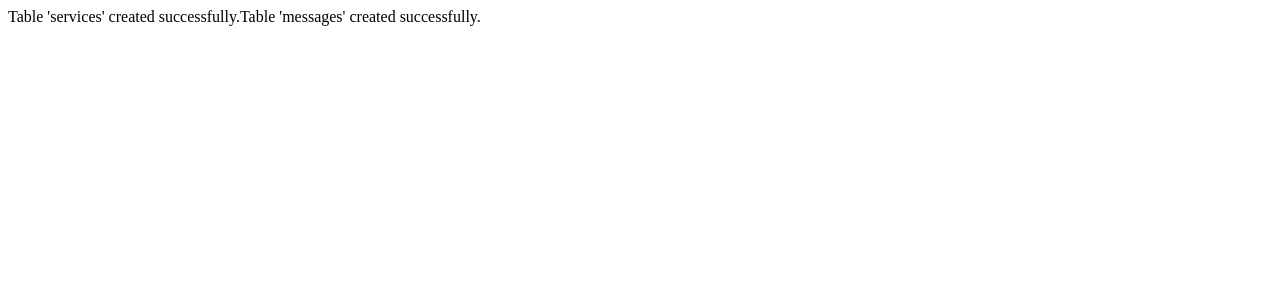
Repository: NurlanMehdi/telegram_booknetic_bot
Page: http://localhost/telegramBotForBooknetic/database/migration/create_services_table.php
These files come from the project's save history. The page is drawn as it stood at one moment and after the next save; the edit follows.
The browser window is 1280 px wide. The pictures show the whole page.
The page is run by PHP 8.4 with error messages shown; the project is at /var/www/html/.

Above is the page before, as saved 2024-04-08 14:27:13.

### database/migration/create_services_table.php
<?php

require_once __DIR__ . '../../../config/database.php'; // Adjust the path to your database.php file

try {
    $db = new Database(); // Create a new Database instance
    $conn = $db->getConnection(); // Get the PDO connection from Database instance

    // Query to check if the 'services' table exists
    $tableName = 'services';
    $sql = "SHOW TABLES LIKE '$tableName'";
    $stmt = $conn->prepare($sql);
    $stmt->execute();
    $tableExists = $stmt->rowCount() > 0;

    if (!$tableExists) {
        // Table does not exist, create it
        $createTableSql = "CREATE TABLE $tableName (
            id INT(11) AUTO_INCREMENT PRIMARY KEY,
            title VARCHAR(255) NOT NULL,
            price DECIMAL(10, 2) NOT NULL,
            created_at TIMESTAMP DEFAULT CURRENT_TIMESTAMP,
            updated_at TIMESTAMP DEFAULT CURRENT_TIMESTAMP ON UPDATE CURRENT_TIMESTAMP
        )";

        $createStmt = $conn->prepare($createTableSql);
        $createStmt->execute();

        echo "Table 'services' created successfully.";
    } else {
        echo "Table 'services' already exists.";
    }

    $tableName = 'messages';
    $sql = "SHOW TABLES LIKE '$tableName'";
    $stmt = $conn->prepare($sql);
    $stmt->execute();
    $tableExists = $stmt->rowCount() > 0;

    if (!$tableExists) {
        // Table does not exist, create it
        $createTableSql = "CREATE TABLE messages (
            id INT(11) AUTO_INCREMENT PRIMARY KEY,
            chat_id BIGINT NOT NULL,
            update_id BIGINT NOT NULL,
            message_id INT(11) NOT NULL,
            message TEXT NOT NULL,
            username VARCHAR(255)
        )";
        $createStmt = $conn->prepare($createTableSql);
        $createStmt->execute();

        echo "Table 'messages' created successfully.";
    } else {
        echo "Table 'messages' already exists.";
    }
} catch (PDOException $e) {
    die("Error creating/checking table: " . $e->getMessage());
}
?>

### config/database.php
<?php

class Database
{
    private $servername = "localhost";
    private $username = "root";
    private $password = "";
    private $dbname = "booknetic_bot";
    private $conn;

    public function __construct()
    {
        try {
            $this->conn = new PDO(
                "mysql:host={$this->servername};dbname={$this->dbname}",
                $this->username,
                $this->password
            );

            $this->conn->setAttribute(PDO::ATTR_ERRMODE, PDO::ERRMODE_EXCEPTION);
            $this->conn->exec("SET NAMES utf8");
        } catch (PDOException $e) {
            die("Connection Error: " . $e->getMessage());
        }
    }

    public function getConnection()
    {
        return $this->conn;
    }

    // Diğer veritabanı işlemleri için gerekli metotları ekleyebilirsiniz
}

After the next save:
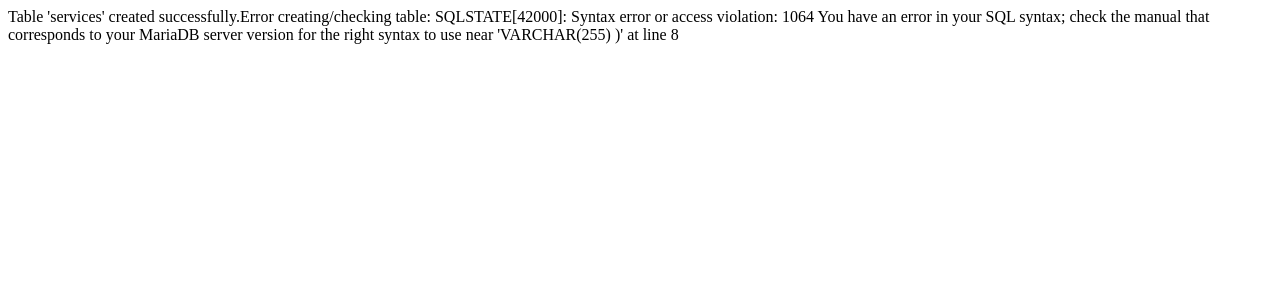
Saved 2 min 34 s later.
--- a/database/migration/create_services_table.php
+++ b/database/migration/create_services_table.php
@@ -45,6 +45,7 @@
             update_id BIGINT NOT NULL,
             message_id INT(11) NOT NULL,
             message TEXT NOT NULL,
+            message_key TEXT
             username VARCHAR(255)
         )";
         $createStmt = $conn->prepare($createTableSql);

After the save that followed:
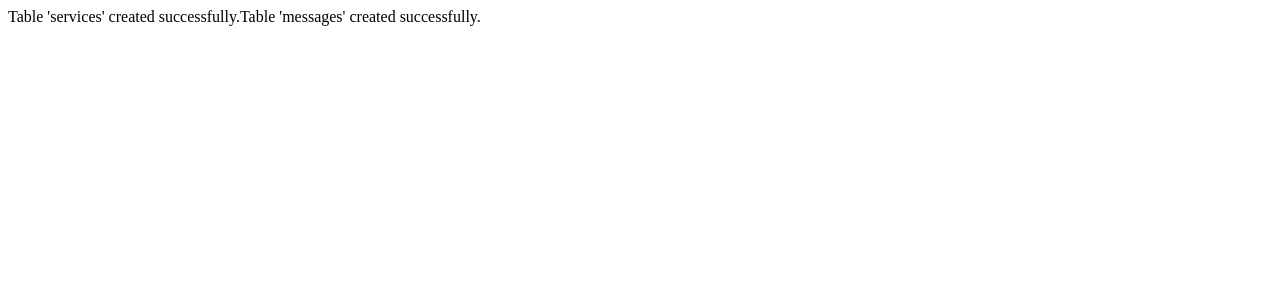
Saved 14 s later.
--- a/database/migration/create_services_table.php
+++ b/database/migration/create_services_table.php
@@ -45,7 +45,7 @@
             update_id BIGINT NOT NULL,
             message_id INT(11) NOT NULL,
             message TEXT NOT NULL,
-            message_key TEXT
+            message_key TEXT,
             username VARCHAR(255)
         )";
         $createStmt = $conn->prepare($createTableSql);
